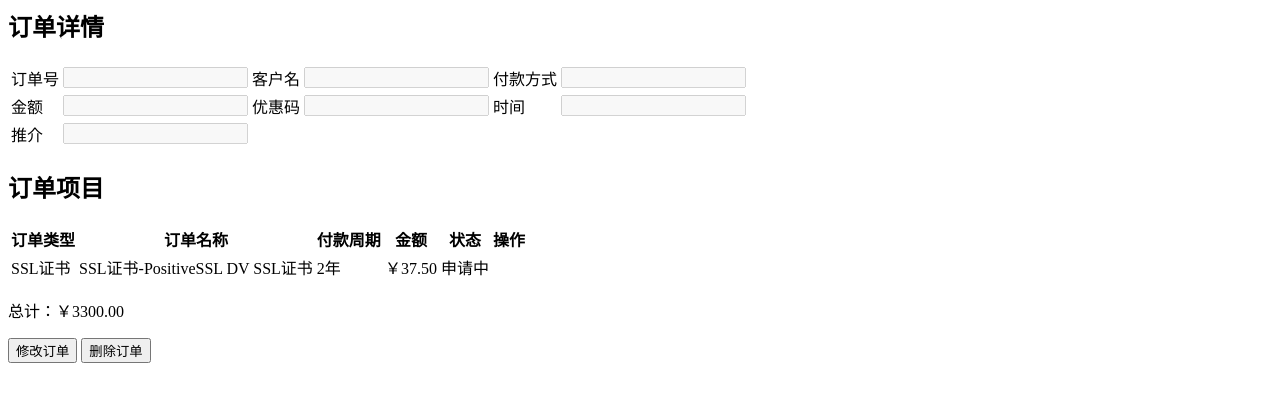
Repository: wangyan466393/racentSystem
Page: orderDetail.html
An editor plug-in stored every save of this project. The page is shown before and after the next save, followed by the edit.
The browser window is 1280 px wide. The pictures show the whole page.

Above is the page before, as saved 2020-08-13 16:51:18.

After the next save:
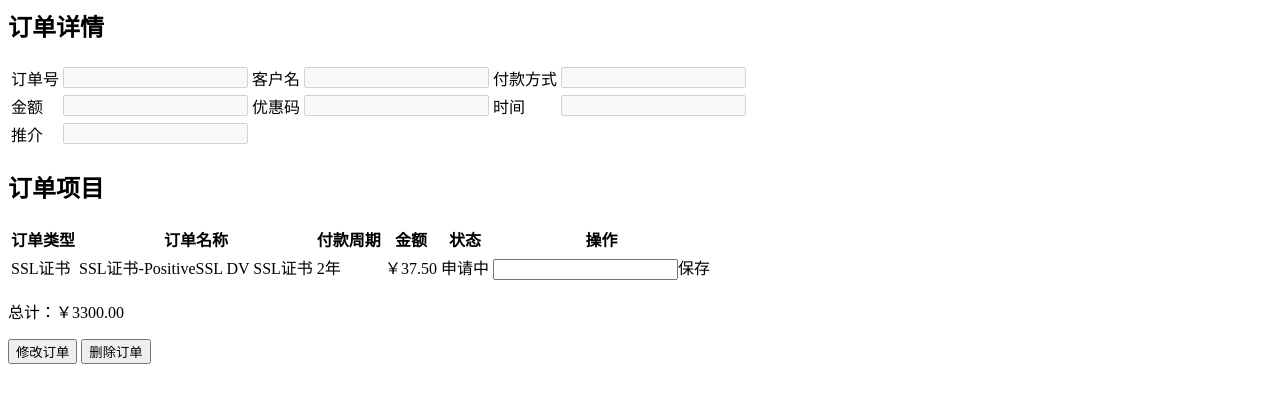
Saved 19 s later.
--- a/orderDetail.html
+++ b/orderDetail.html
@@ -51,7 +51,9 @@
                         <td>2年</td>
                         <td><span>￥37.50</span></td>
                         <td>申请中</td>
-                        <td></td>
+                        <td>
+                            <input type="text">保存
+                        </td>
                     </tr>
                 </tbody>
             </table>
